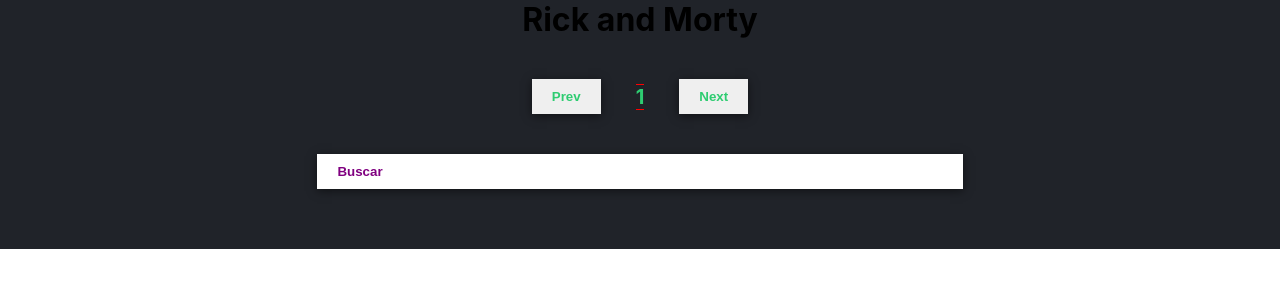
Repository: DanielVegaf/rick-and-morty-api
Page: /
These files come from the project's save history. The page is drawn as it stood at one moment and after a run of saves; the edit follows.
The browser window is 1280 px wide. The pictures show the whole page.
The page's requests for data from a server got no answer. The project was rebuilt for these pictures with package versions that can differ from the ones it lists, and the page was loaded fresh each time. No one was signed in, and anything a server would have sent is missing. Also part of the build but not shown: vite.config.js, src/components/characterDetails/CharacterDetails.jsx.

Above is the page before, as saved 2022-07-11 14:51:51.

### src/App.jsx
import { Routes, Route } from 'react-router-dom';

import './App.css'
import { CharacterDetails } from './components/characterDetails/CharacterDetails';
import { CharactersList } from './components/characterList/CharactersList';


function App() {

  return (
    <div className="App">
        <Routes>
          <Route path='/' element={<CharactersList />}/>
          <Route path='/character/:characterId' element={<CharacterDetails />}/>
        </Routes>
    </div>
  )
}

export default App

### src/App.css
:root{
  --MainBg: #202329;
  --CardBg: rgb(60, 62, 68);
  --ShadowBox: 0 2px 9px rgb(0, 0, 0, 0.5);
  --PaddingLife: 5px;
  --ColorPrimary: white;
  --ColorSecondary: #2ecc71;
}

*{
  margin: 0;
  padding: 0;
  box-sizing: border-box;
  text-decoration: none;
}

.App {
  display: flex;
  flex-direction: column;
  align-items: center;
  text-align: center;
  background-color: var(--MainBg);
}

.container{
  width: 70%;
  margin: 20px;
}

.buttons{
  display: flex;
  align-items: center;
  justify-content: center;
  padding: 20px;
}

.buttons button{
  font-weight: bold;
  border: none;
  margin: 0 20px;
  padding: 10px 20px;
  cursor: pointer;
  transition: transform .1s ease-in-out;
  box-shadow: var(--ShadowBox);
  color: var(--ColorSecondary);
}
.buttons button:active {
  transform: scale(.93);
}
.Numberpage{
  border-top: 1px solid red;
  border-bottom: 1px solid red;
  margin: 0 15px;
  font-weight: bold;
  font-size: 20px;
  color: var(--ColorSecondary);
}

input{
  margin: 20px 0 40px;
  padding: 10px 20px;
  border: none;
  box-shadow: var(--ShadowBox);
  font-weight: bold;
  outline: none;
  width: 72%;
  color: purple;
}

input::placeholder{
  color: purple;
}

.gallery{
  display: flex;
  align-items: center;
  justify-content: center;
  margin: 0 0 40px;
}

.infoImage{
  width: 300px;
  height: 300px;
  overflow: hidden;
}

.infoImage img{
  width: inherit;
  height: inherit;
  transition: transform .2s ease-in-out;
}

.infoImage img:hover{
  transition: transform .2s ease-in-out;
  transform: scale(1.1);
}


.info{
  width: 300px;
  font-weight: bold;
  font-size: 24px;
  cursor: pointer;
  box-shadow: var(--ShadowBox);
}

.info:active{
  transform: scale(.99);
}

.infoName{
  padding: 20px;
  color: #2ecc71;
  background: var(--CardBg);
}

/* Character Details */

.Details{
  display: flex;
  flex-direction: column;
  width: 90%;
  height: 100vh;
}

.GoHome{
  display: flex;
  align-items: center;
  justify-content: center;
  width: 60px;
  padding: 10px;
  margin: 20px 0 40px;
  box-shadow: var(--ShadowBox);
  font-weight: bold;
  cursor: pointer;
  transition: transform .1s ease-in-out;
  background-color: white;
}

.GoHome:active{
  transform: scale(.93);
  color: purple;
}


.detailsContainer{
  display: flex;
  justify-content: space-between;
  box-shadow: var(--ShadowBox);
  /* background-color: purple; */
}

.detailsImage{
  height: 310px;
}

.detailsImage img{
  width: 310px;
}

.detailsInfo{
  /* background-color: red; */
  width: 100%;
  display: flex;
  flex-direction: column;
}

.life{
  display: flex;
  align-self: flex-end;
  background-color: rgb(128, 0, 34);
  color: white;
  font-weight: bold;
}

.StatusLive{
  padding: var(--PaddingLife);
  color: var(--ColorPrimary);
  background-color: green;
}
.StatusDead{
  padding: var(--PaddingLife);
  color: var(--ColorPrimary);
  background-color: red;
}

### src/components/characterList/CharactersList.jsx
import { useState, useEffect, useRef } from 'react';
import { Link } from 'react-router-dom';

import { getAllCharacters, searchCharacter } from '../../services/api';

export function CharactersList() {

    const inputSearch = useRef(null);
    const [character, setCharacter] = useState([])
    const [page, setPage] = useState(1)
    const [search, setSearch] = useState("")

    useEffect(() => {
        getAllCharacters(page)
            .then(setCharacter)
            .catch(console.log)
    }, [page])

    const onChangePage = (next) => {
        if (!character.previous && page + next <= 0) return;
        if (!character.next && page + next >= 42) return;

        setPage(page + next)
    }

    const onTextSearch = (event) => {
        event.preventDefault();
        const text = inputSearch.current.value;
        setSearch(text);
    }

    const onSearchSubmit = (event) => {
        if (event.key !== 'Enter') return;

        inputSearch.current.value = "";
        searchCharacter(search).then(setCharacter).catch(console.log);
    }

    return (
        <>
            <h1>Rick and Morty</h1>
            <div className="container">

                <div className="buttons">
                    <button onClick={() => onChangePage(-1)}>Prev</button>
                    <p className='Numberpage'>{page}</p>
                    <button onClick={() => onChangePage(1)}>Next</button>
                </div>

                <input
                    ref={inputSearch}
                    type="text"
                    onChange={onTextSearch}
                    onKeyDown={onSearchSubmit}
                    placeholder="Buscar"
                />

                {
                    character?.results?.map((char, index) => {
                        return (
                            <div
                                className='gallery'
                                key={index}
                            >
                                <Link to={`/character/${char.id}`}>
                                    <div className="info">
                                        <div className="infoImage">
                                            <img src={char.image} alt="" />
                                        </div>
                                        <div className="infoName">
                                            <p>{char.name}</p>
                                        </div>
                                    </div>
                                </Link>
                            </div>
                        )
                    })
                }
            </div>
        </>
    );
};

### src/services/api.js
const BASE_URL = "https://rickandmortyapi.com/api/character";

export async function getAllCharacters(page = 1){
    try {
        const response = await fetch(`${BASE_URL}/?page=${page}`);
        const data = await response.json();
        // console.log(data);
        return data;
    } catch (error) {
        console.log(error);
    }
}

export async function searchCharacter(name){
    try {
        const response = await fetch(`${BASE_URL}/?name=${name}`)
        const data = await response.json();
        // console.log(data);
        return data;
    } catch (error) {
        console.log(error);
    }
}


export async function getSingleCharacter(id){
    try {
        const response = await fetch(`${BASE_URL}/${id}`);
        const data = await response.json();
        // console.log(data);
        return data;
    } catch (error) {
        console.log(error);
    }
}

Loaded but not shown: index.html (common file); src/main.jsx (common file); src/index.css (common file)

After the next 5 saves:
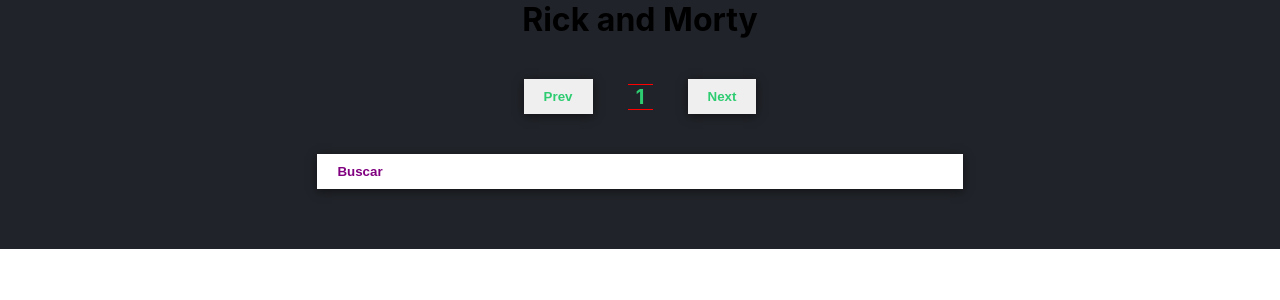
The 5 saves are shown as one change because they came seconds apart.
The last was saved 18 s later.
--- a/src/App.css
+++ b/src/App.css
@@ -48,6 +48,7 @@
   transform: scale(.93);
 }
 .Numberpage{
+  width: 25px;
   border-top: 1px solid red;
   border-bottom: 1px solid red;
   margin: 0 15px;
